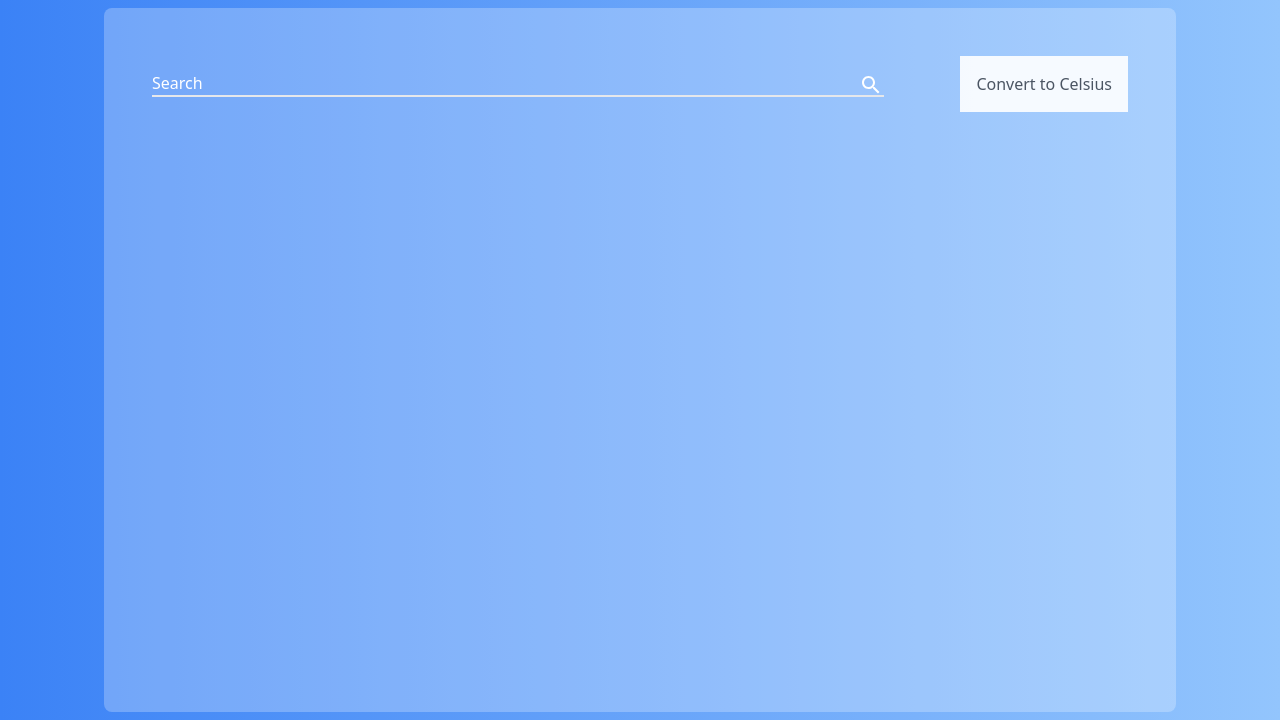
Repository: DevAntonioRogers/react-weatherapp-v2
Page: /
These files come from the project's save history. The page is drawn as it stood at one moment and after the next save; the edit follows.
The browser window is 1280 px wide. The pictures show the whole page.
The project was rebuilt for these pictures with package versions that can differ from the ones it lists, and the page was loaded fresh each time. The framework's server and built-in components were replaced by stand-ins that run in the browser. Also part of the build but not shown: next.config.js.

Above is the page before, as saved 2023-05-18 23:24:19.

After the next save:
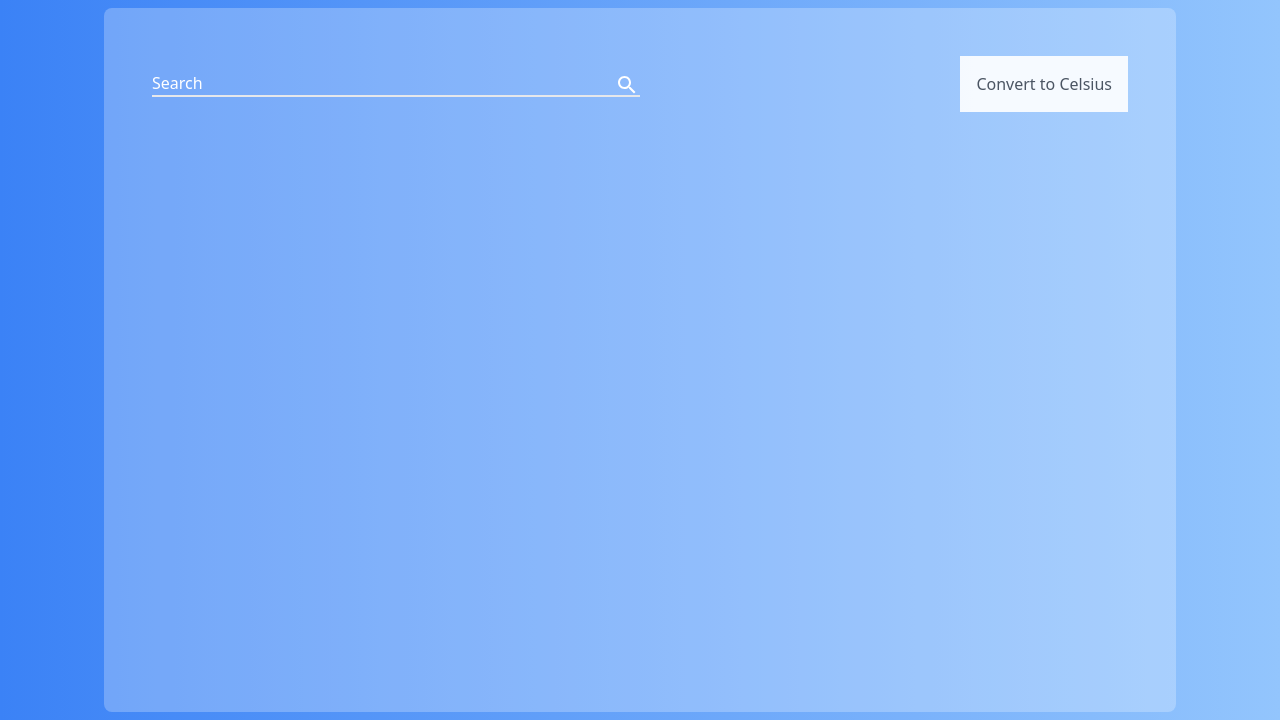
Saved 16 s later.
--- a/app/components/Input.tsx
+++ b/app/components/Input.tsx
@@ -4,7 +4,7 @@ import SearchIcon from "@mui/icons-material/Search";
 
 const Input = () => {
   return (
-    <form className="flex items-center w-3/4">
+    <form className="flex items-center w-2/4">
       <input
         type="text"
         className="w-full bg-transparent border-b-2 placeholder-white outline-none text-white"
